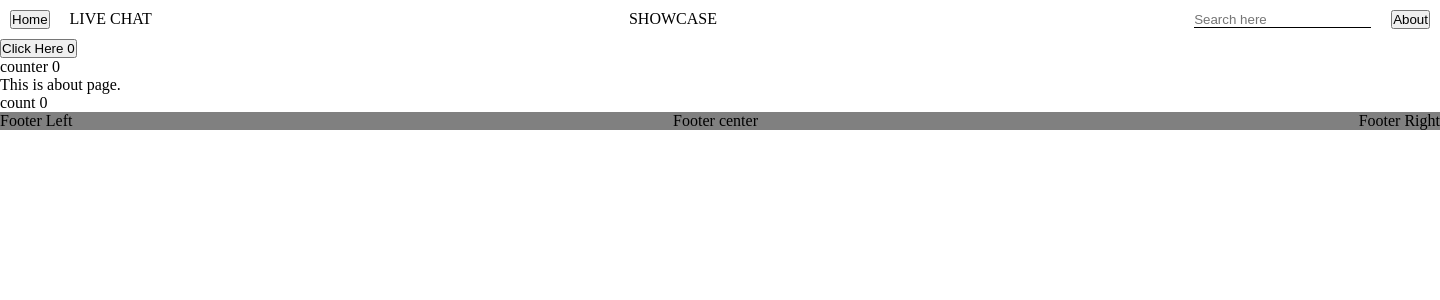
Repository: kapskadiya/ReactJS-NextJs-ExpressJs
Page: /about
An editor plug-in stored every save of this project. The page is shown before and after the next save, followed by the edit.
The browser window is 1280 px wide. The page is 1440 px wide, so the pictures cover 1440 px, including what lies to the right of the window. The pictures show the whole page.
The project was rebuilt for these pictures with package versions that can differ from the ones it lists, and the page was loaded fresh each time. The framework's server and built-in components were replaced by stand-ins that run in the browser. Also part of the build but not shown: next.config.js, components/SideBar.js, components/Main.js, components/MyContext.js, components/Child.js, components/Parent.js.

Above is the page before, as saved 2019-05-29 12:24:49.

After the next save:
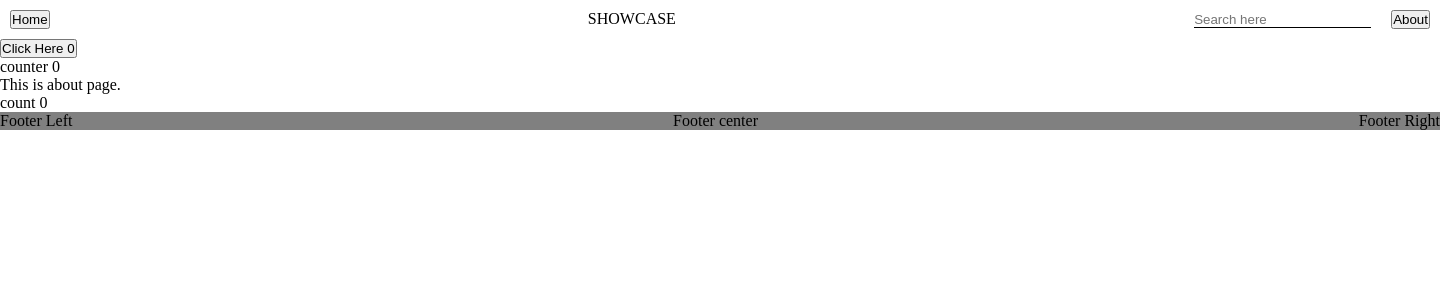
Saved 4 min 16 s later.
--- a/components/Header.js
+++ b/components/Header.js
@@ -1,6 +1,7 @@
 import React, {Component} from 'react'
 import Context from './Context'
 import Link from 'next/link'
+import ContextProvider from './Context'
 
 export default class Header extends Component {
 
@@ -14,7 +15,7 @@ export default class Header extends Component {
                         </Link>
                     </div>
                     <div className="header-child">
-                        LIVE CHAT
+                        {this.context.count}
                     </div>
                 </div>
                 <div className="header-child">
